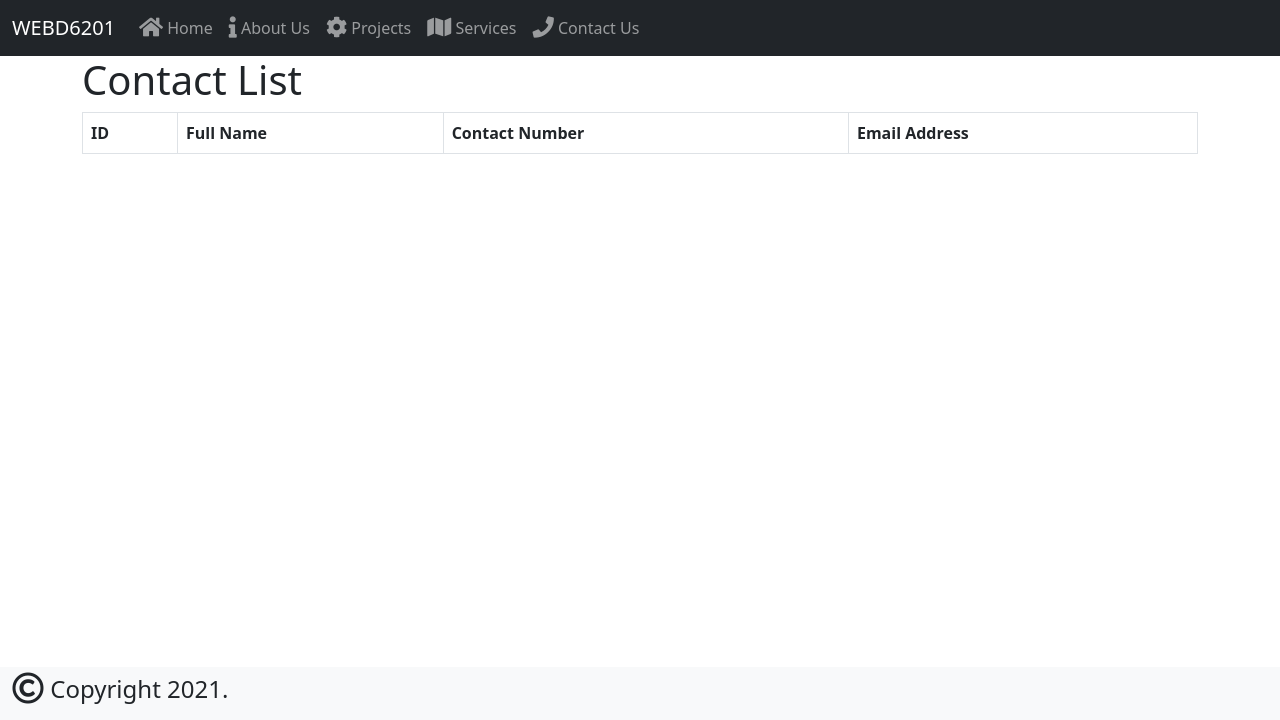
Repository: ahmedrizvi/WEB6201-W2021-ICE02
Page: contact-list.html
The author's editor kept a copy of each file at every save. The page is drawn from the files as they stood at one save, then again after the next save.
The browser window is 1280 px wide. The pictures show the whole page.

Above is the page before, as saved 2021-01-29 23:18:17.

### contact-list.html
<!DOCTYPE html>
<html lang="en">
<head>
    <meta charset="UTF-8">
    <meta name="viewport" content="width=device-width, initial-scale=1.0">
    <title>Contact List</title>
    <!-- CSS Section -->
    <link rel="stylesheet" href="./node_modules/bootstrap/dist/css/bootstrap.min.css">
    <link rel="stylesheet" href="./node_modules/@fortawesome/fontawesome-free/css/all.min.css">
    <link rel="stylesheet" href="./Content/app.css">
</head>
<body>
    <!-- Main Header -->
    <header>
        <!-- Main Navigation -->
        <nav class="navbar navbar-expand-lg navbar-dark bg-dark">
            <div class="container-fluid">
              <a class="navbar-brand" href="index.html">WEBD6201</a>
              <button class="navbar-toggler" type="button" data-bs-toggle="collapse" data-bs-target="#navbarSupportedContent" aria-controls="navbarSupportedContent" aria-expanded="false" aria-label="Toggle navigation">
                <span class="navbar-toggler-icon"></span>
              </button>
              <div class="collapse navbar-collapse" id="navbarSupportedContent">
                <ul class="navbar-nav me-auto mb-2 mb-lg-0">
                  <li class="nav-item">
                    <a class="nav-link" aria-current="page" href="index.html"><i class="fas fa-home fa-lg"></i> Home</a>
                  </li>

                  <li class="nav-item">
                    <a class="nav-link" aria-current="page" href="about.html"><i class="fas fa-info fa-lg"></i> About Us</a>
                  </li>

                  <li class="nav-item">
                    <a class="nav-link" aria-current="page" href="projects.html"><i class="fas fa-cog fa-lg"></i> Projects</a>
                  </li>

                  <li class="nav-item">
                    <a class="nav-link" aria-current="page" href="services.html"><i class="fas fa-map fa-lg"></i> Services</a>
                  </li>

                  <li class="nav-item">
                    <a class="nav-link" aria-current="page" href="contact.html"><i class="fas fa-phone fa-lg"></i> Contact Us</a>
                  </li>
                </ul>
              </div>
            </div>
          </nav>
    </header>

    <!-- Main Content -->
    <main class="container">
        <h1>Contact List</h1>

        <div class="row">
          <div class="col">
            <table class="table table-striped table-bordered table-hover">
              <thead>
                <tr>
                  <th scope="col">ID</th>
                  <th scope="col">Full Name</th>
                  <th scope="col">Contact Number</th>
                  <th scope="col">Email Address</th>
                </tr>
              </thead>
              <tbody id="contactList">
              </tbody>
            </table>
          </div>
        </div>
    </main>

    <!-- Main Footer -->
    <footer>
        <nav class="navbar fixed-bottom navbar-light bg-light">
            <div class="container-fluid">
              <h4><i class="far fa-copyright fa-lg"></i> Copyright 2021.</h4>
            </div>
          </nav>
    </footer>

    <!-- Script Section-->
    <script src="./node_modules/jquery/dist/jquery.min.js"></script>
    <script src="./node_modules/bootstrap/dist/js/bootstrap.bundle.min.js"></script>
    <script src="./Scripts/contact.js"></script>
    <script src="./Scripts/app.js"></script>
</body>
</html>

### Scripts/contact.js
"use strict";

// Contact class
class Contact {
  // getters and setters
  get FullName() {
    return this.m_fullName;
  }
  set FullName(value) {
    this.m_fullName = value;
  }
  get ContactNumber() {
    return this.m_contactNumber;
  }
  set ContactNumber(value) {
    this.m_contactNumber = value;
  }
  get EmailAddress() {
    return this.m_emailAddress;
  }
  set EmailAddress(value) {
    this.m_emailAddress = value;
  }

  // constructor

  /**
   * @param {string} fullName
   * @param {string} contactNumber
   * @param {string} emailAddress
   */
  constructor(fullName = "", contactNumber = "", emailAddress = "")
  {
    this.FullName = fullName;
    this.ContactNumber = contactNumber;
    this.EmailAddress = emailAddress;
  }

  // methods

  /**
   * This method overrides the built-in toString method for the Contact class
   *
   * @returns {string}
   */
  toString() {
    return `Full Name      : ${this.FullName} \nContact Number : ${this.ContactNumber} \nEmail Address  : ${this.EmailAddress}`;
  }

  /**
   * This method returns a JSON object made up of the properties from the Contact class
   *
   * @return {Object}
   */
  toJSON(){
    return {
      "fullName": this.FullName,
      "contactNumber": this.ContactNumber,
      "emailAddress": this.EmailAddress
    }
  }

  /**
   * This method converts the Contact into a comma separated string
   *
   * @return {string}
   */
  serialize(){
    if(this.FullName !== "" && this.ContactNumber !== "" && this.EmailAddress !== ""){
      return `${this.FullName},${this.ContactNumber},${this.EmailAddress}`;
    }
    else{
      console.error("One or more of the Contact's properties is empty");
      return null;
    }

  }

  /**
   * This method takes a comma-separated data string and assigns the values to the
   * Contact class properties.
   *
   * @param {string} data
   * @returns {void}
   */
  deserialize(data){
    let propertyArray = data.split(",");
    this.FullName = propertyArray[0];
    this.ContactNumber = propertyArray[1];
    this.EmailAddress = propertyArray[2];
  }
}

### Scripts/app.js
/* custom JavaScript goes here */

//IIFE - Immediately Invoked Function Expression
//AKA - Anonymous Self-Executing Function
//Closure - limits scope leak

"use strict";

(function()
{
    function displayHome()
    {
        let paragraphOneText =
          "This is a simple site to demonstrate DOM Manipulation for ICE 1";

        let paragraphOneElement = document.getElementById("paragraphOne");

        paragraphOneElement.textContent = paragraphOneText;
        paragraphOneElement.className = "fs-5";

        // Step 1. document.createElement
        let newParagraph = document.createElement("p");
        // Step 2. configure the element
        newParagraph.setAttribute("id", "paragraphTwo");
        newParagraph.textContent = "...And this is paragraph two";
        // Step 3. select the parent element
        let mainContent = document.getElementsByTagName("main")[0];
        // Step 4. Add / Insert the element
        mainContent.appendChild(newParagraph);

        newParagraph.className = "fs-6";

        // another way of injecting content
        let paragraphDiv = document.createElement("div");
        let paragraphThree = `<p id="paragraphThree" class="fs-7 fw-bold">And this is the Third Paragraph</p>`;
        paragraphDiv.innerHTML = paragraphThree;

        // insertions

        // example of inserting before a node
        //newParagraph.before(paragraphDiv);

        // example of inserting after a node
        newParagraph.after(paragraphDiv);

        // deletions

        // example of removing a single element
        //paragraphOneElement.remove();

        // example of removeChild
        mainContent.removeChild(paragraphOneElement);

        // update / modification
        //mainContent.firstElementChild.textContent = "Welcome Home!";

        mainContent.innerHTML = `<h1 id="firstHeading">Welcome to WEBD6201 - Lab 1</h1>
         <p id="paragraphOne" class="fs-3 fw-bold">This is my first Paragraph</p>
        `;

    }

    function displayAbout()
    {

    }

    function displayProjects()
    {

    }

    function displayServices()
    {

    }

    function displayContact()
    {
        let messageArea = document.getElementById("messageArea");
        messageArea.hidden = true;

        // form validation
        let fullName = document.getElementById("fullName");
        fullName.addEventListener("blur", function() {
            if(fullName.value.length < 2)
            {
                fullName.focus();
                fullName.select();
                messageArea.hidden = false;
                messageArea.className = "alert alert-danger";
                messageArea.textContent = "Please enter an appropriate Name";
            }
            else
            {
                messageArea.removeAttribute("class");
                messageArea.hidden = true;
            }
        });

        let sendButton = document.getElementById("sendButton");
        sendButton.addEventListener("click", function(event){
            //event.preventDefault();

            let contact = new Contact(FullName.value, ContactNumber.value, EmailAddress.value);

            if (contact.serialize()){
              localStorage.setItem((localStorage.length + 1).toString(), contact.serialize());
            }

        });
    }

    function displayContactList(){

      if (localStorage.length > 0){
        let contactList = document.getElementById("contactList");

        let data ="";

        for (let index = 0; index < localStorage.length; index++) {

          let contactData = localStorage.getItem((index + 1).toString());

          let contact = new Contact();
          contact.deserialize(contactData);

          data += `<tr>
          <th scope="row">${index + 1}</th>
          <td>${contact.FullName}</td>
          <td>${contact.ContactNumber}</td>
          <td>${contact.emailAddress}</td>
        </tr>`;

        }
        contactList.innerHTML = data;
      }
    }

    function Start()
    {
        console.log("App Started...");

        switch (document.title)
        {
          case "Home":
              displayHome();
            break;
          case "About":
              displayAbout();
            break;
          case "Projects":
              displayProjects();
            break;
          case "Services":
              displayServices();
            break;
          case "Contact":
              displayContact();
            break;
            case "Contact-List":
              displayContactList();
            break;
        }

    }

    window.addEventListener("load", Start);

})();

Loaded but not shown: node_modules/bootstrap/dist/css/bootstrap.min.css (library); node_modules/@fortawesome/fontawesome-free/css/all.min.css (library); Content/app.css (common file); node_modules/jquery/dist/jquery.min.js (library); node_modules/bootstrap/dist/js/bootstrap.bundle.min.js (library)

After the next save:
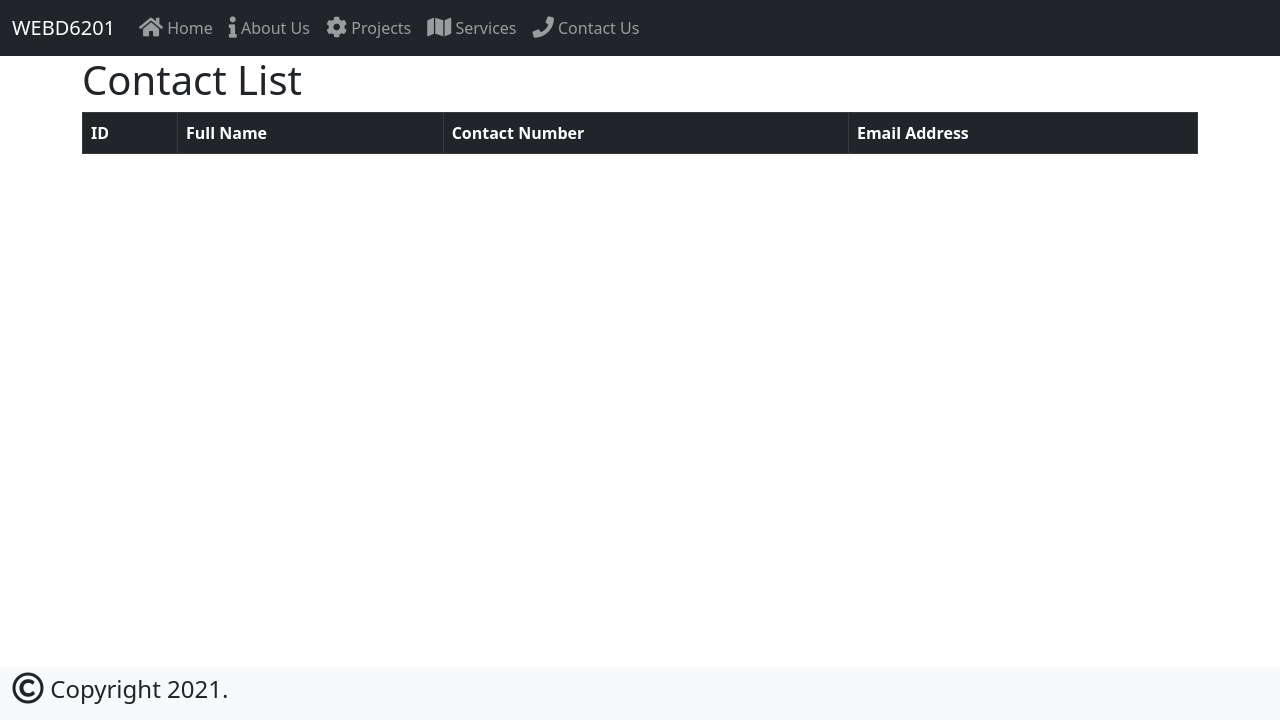
Saved 2 min 55 s later.
--- a/contact-list.html
+++ b/contact-list.html
@@ -53,7 +53,7 @@
         <div class="row">
           <div class="col">
             <table class="table table-striped table-bordered table-hover">
-              <thead>
+              <thead class="table-dark">
                 <tr>
                   <th scope="col">ID</th>
                   <th scope="col">Full Name</th>
